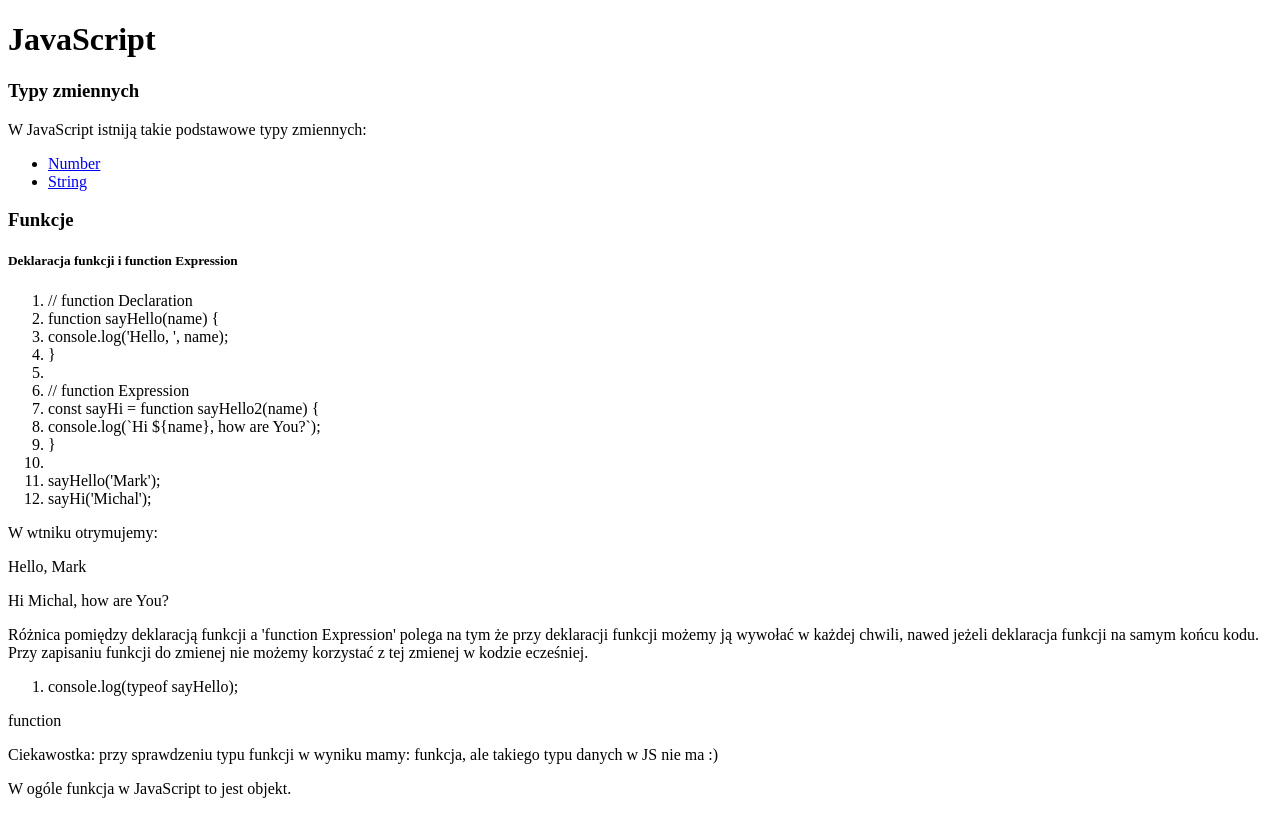
Repository: romanstetsiuk1/JS_learn
Page: noteJavaScript.html
The author's editor kept a copy of each file at every save. The page is drawn from the files as they stood at one save, then again after the next save.
The browser window is 1280 px wide. The pictures show the whole page.

Above is the page before, as saved 2020-08-19 17:28:19.

### noteJavaScript.html
<!DOCTYPE html>
<html lang="en, pl">
<head>
  <meta charset="UTF-8">
  <title>Java Script</title>
</head>
<body>

  <main>
    <h1>JavaScript</h1>

    <article>
      <h3>Typy zmiennych</h3>
      <p>W JavaScript istniją takie podstawowe typy zmiennych:</p>
      <ul>
        <li><a href="number.html">Number</a></li>
        <li><a href="stringType.html">String</a></li>
      </ul>
    </article>

    <article>
      <h3>Funkcje</h3>
      <h5>Deklaracja funkcji i function Expression</h5>
        <div class="vsCode">
          <ol>
            <li>// function Declaration</li>
            <li>function sayHello(name) {</li>
            <li>  console.log('Hello, ', name);</li>
            <li>}</li>
            <li></li>
            <li>// function Expression</li>
            <li>const sayHi = function sayHello2(name) {</li>
            <li>console.log(`Hi ${name}, how are You?`);</li>
            <li>}</li>
            <li></li>
            <li>sayHello('Mark');</li>
            <li>sayHi('Michal');</li>
          </ol>
        </div>
        <p>W wtniku otrymujemy:</p>
        <div class="resultInConsole">
          <p>Hello,  Mark</p>
          <p>Hi Michal, how are You?</p>
        </div>
        <p>Różnica pomiędzy deklaracją funkcji a 'function Expression'
          polega na tym że przy deklaracji funkcji możemy ją wywołać w
          każdej chwili, nawed jeżeli deklaracja funkcji na samym końcu
          kodu. Przy zapisaniu funkcji do zmienej nie możemy korzystać
          z tej zmienej w kodzie ecześniej.
        </p>
        <div class="vsCode">
          <ol>
            <li>console.log(typeof sayHello);</li>
          </ol>
        </div>
        <div class="resultInConsole">
          <p>function</p>
        </div>
        <p>Ciekawostka: przy sprawdzeniu typu funkcji w wyniku mamy: funkcja,
          ale takiego typu danych w JS nie ma :)
        </p>
        <p>W ogóle funkcja w JavaScript to jest objekt.</p>


    </article>

  </main>


  <script src="functionExample.js"></script>
</body>
</html>

### functionExample.js
// function Declaration
function sayHello(name) {
  console.log('Hello, ', name);
}

// function Expression
const sayHi = function sayHello2(name) {
  console.log(`Hi ${name}, how are You?`);
}

sayHello('Mark');
sayHi('Michal');

console.log(typeof sayHello);

After the next save:
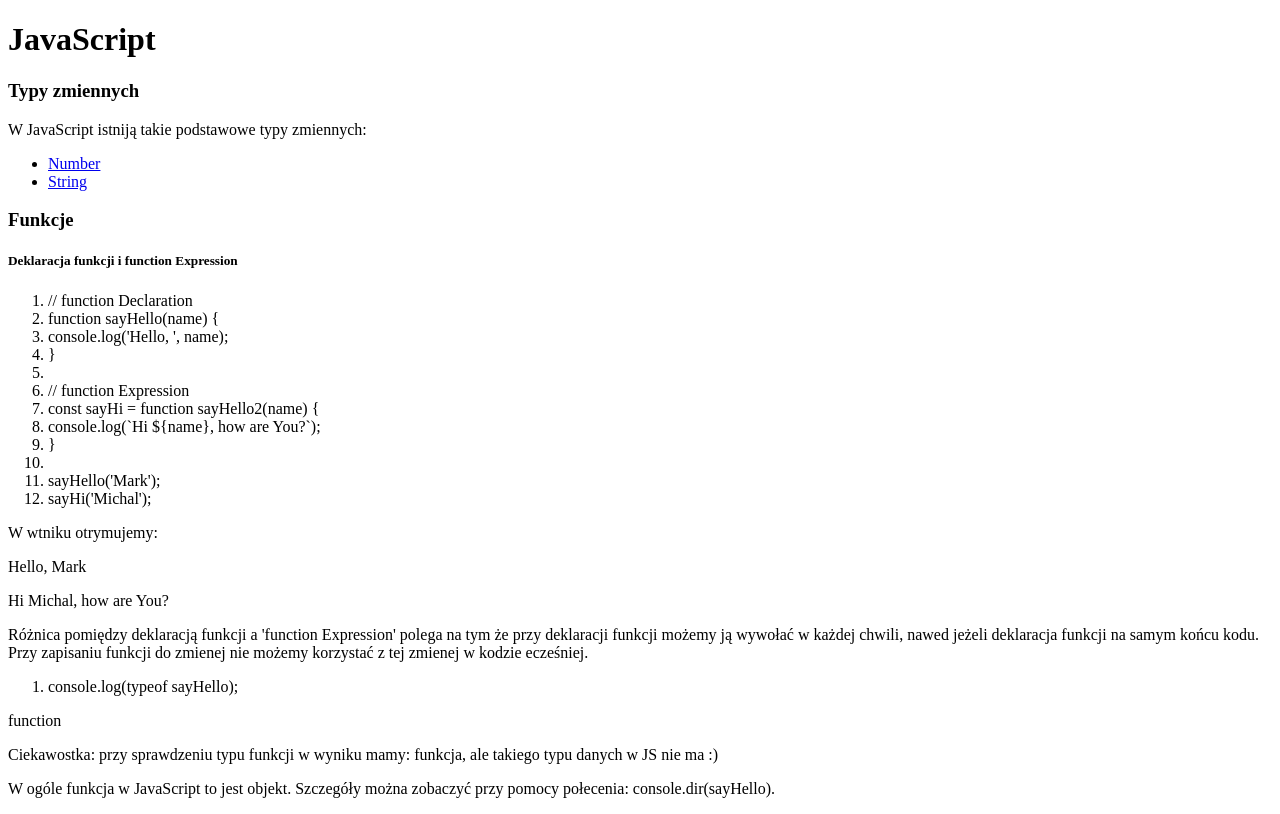
Saved 2 min 15 s later.
--- a/noteJavaScript.html
+++ b/noteJavaScript.html
@@ -59,7 +59,9 @@
         <p>Ciekawostka: przy sprawdzeniu typu funkcji w wyniku mamy: funkcja,
           ale takiego typu danych w JS nie ma :)
         </p>
-        <p>W ogóle funkcja w JavaScript to jest objekt.</p>
+        <p>W ogóle funkcja w JavaScript to jest objekt. Szczegóły można zobaczyć
+          przy pomocy połecenia: console.dir(sayHello).
+        </p>
 
 
     </article>
